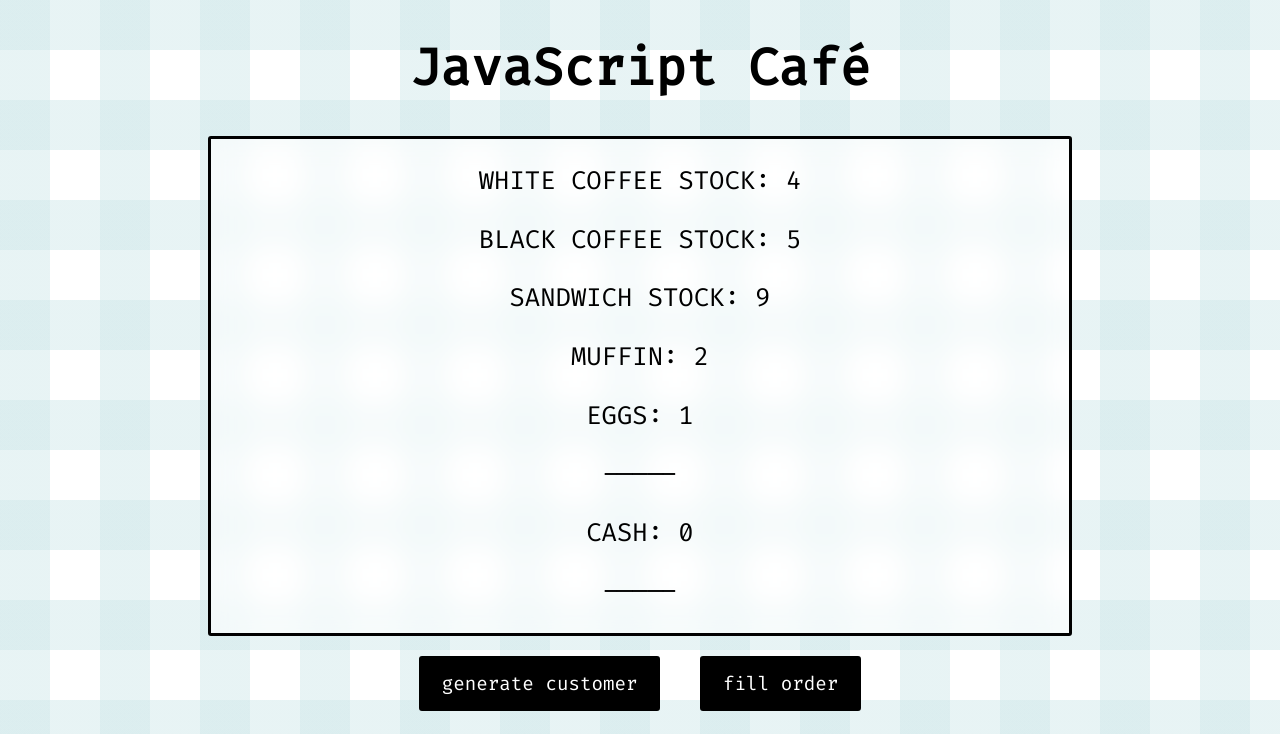
Repository: dev-academy-foundations-records/records-script
Page: Tiaanz/javascript-cafe/main/index.html
These files come from the project's save history. The page is drawn as it stood at one moment and after the next save; the edit follows.
The browser window is 1280 px wide. The pictures show the whole page.

Above is the page before, as saved 2023-01-24 14:41:07.

### Tiaanz/javascript-cafe/main/index.html
<!DOCTYPE html>
<html>
  <head>
    <meta charset="utf-8">
    <meta name="viewport" content="width=device-width">
    <title>JavaScript Cafe</title>
    <link rel="preconnect" href="https://fonts.googleapis.com">
    <link rel="preconnect" href="https://fonts.gstatic.com" crossorigin>
    <link href="https://fonts.googleapis.com/css2?family=Fira+Code&display=swap" rel="stylesheet">
    <link href="main.css" rel="stylesheet" type="text/css" />
    </head>
  <body>
    <h1>JavaScript Café</h1>
    <div class="container">
      <p id="whiteCoffee"></p>
      <p id="blackCoffee"></p>
      <p id="sandwich"></p>
      <p id="muffin"></p>
      <p id="eggs"></p>
      <p> ----- </p>
      <p id="cash"></p>
      <p> ----- </p>
      <p id="customerOrder"></p>
    </div>
    <button class="button" id="customerButton">generate customer</button>
    <button class="button" id="fillOrderButton">fill order</button>
    <script src="cafe.js"></script>
  </body>
</html>

### Tiaanz/javascript-cafe/main/main.css
/* // -- JAVASCRIPT CAFE CSS -- // */

body {
	background: white;
	background-image: linear-gradient(90deg, rgba(208,232,234,.5) 50%, transparent 0), linear-gradient(rgba(208,232,234,.5) 50%, transparent 0);
	background-size: 100px 100px;
	font-family: 'Fira Code', monospace;
	text-align: center;
}

p {
	font-size: 2vw;
	font-weight: 400;
}

h1 {
	font-size: 4vw;
	font-weight: 700;
}

.container {
	background-color: rgba(255, 255, 255, 0.65);
	border: 3px solid black;
	border-radius: 3px;
	width: 60%;
	height: auto;
	padding: 0px 50px;
	margin-right: auto;
	margin-left: auto;
	margin-bottom: 20px;
	backdrop-filter: blur(11.7px);
	-webkit-backdrop-filter: blur(11.7px);
}

.button {
	font-family: 'Fira Code', monospace;
	font-size: 1.5vw;
	font-weight: 500;
	display: inline-block;
	outline: 0;
	cursor: pointer;
	border: 3px solid black;
	border-radius: 3px;
	color: white;
	background: black;
	padding: 12px 20px;
	text-align: center;
	transition-duration: .15s;
	transition-property: all;
	transition-timing-function: cubic-bezier(.4,0,.2,1);
	margin: 0px 15px 15px 15px;
}

button:hover {
	color: black;
	background-color: rgba(255, 255, 255, 0.65);
	backdrop-filter: blur(11.7px);
	-webkit-backdrop-filter: blur(11.7px);
}

### Tiaanz/javascript-cafe/main/cafe.js
// -- JAVASCRIPT CAFE! -- //

/********************PRODUCT CONTROL *******************/

//Declaring variables for the product objects//

const products = {
  whiteCoffee: {
    stock: 4,
    price: 4,
  },

  blackCoffee: {
    stock: 5,
    price: 3,
  },

  sandwich: {
    stock: 9,
    price: 8,
  },

  muffin: {
    stock: 2,
    price: 3.5,
  },

  eggs: {
    stock: 1,
    price: 12.5,
  },
};

//declaring function for displaying products
function displayProducts() {
  document.getElementById(
    "whiteCoffee"
  ).innerHTML = `WHITE COFFEE STOCK: ${products.whiteCoffee.stock}`;
  document.getElementById(
    "blackCoffee"
  ).innerHTML = `BLACK COFFEE STOCK: ${products.blackCoffee.stock}`;
  document.getElementById(
    "sandwich"
  ).innerHTML = `SANDWICH STOCK: ${products.sandwich.stock}`;
  document.getElementById(
    "muffin"
  ).innerHTML = `MUFFIN: ${products.muffin.stock}`;
  document.getElementById("eggs").innerHTML = `EGGS: ${products.eggs.stock}`;
}

displayProducts();

/********************CUSTOMER CONTROL *******************/

//declaring variables for working with customers
const customer = {
  order: [],
};

const minOrderSize = 1;
const maxOrderSize = 5;

function generateCustomerOrder() {
  //get a random size for the order in a range ,1-5
  const orderSize = getRandomInt(minOrderSize, maxOrderSize);

  // make a new array of the things they are ordering
  const newOrder = [];
  const productNames = Object.keys(products);

  for (let i = 0; i < orderSize; i++) {
    const productIndex = getRandomInt(0, productNames.length - 1);
    const productName = productNames[productIndex];
    newOrder.push(productName);
  }
  //assign the new order to the customer object
  customer.order = newOrder;
}

generateCustomerOrder();

function displayCustomerOrder() {
  //dsiplay the customer order
  const customerOrder = document.getElementById("customerOrder");
  customerOrder.innerHTML = `CUSTOMER ORDER:${customer.order}`;
}

const generateCustomer = document.getElementById("customerButton");
generateCustomer.addEventListener("click", () => {
  generateCustomerOrder();
  displayCustomerOrder();
});

/*********** TRANSACTIONS **************/

let cash = 0;

function displayCash() {
  document.getElementById("cash").innerHTML = `CASH: ${cash}`;
}
displayCash();

function fillOrder() {
  //make a variable to keep track of our sale total
  let saleTotal = 0;
  //loop through the customer order array
 //If we have their product in stock, sell it to them and keep tracking of the sale
//If we don't have it, alert "we are out of this product"
  for (let i = 0; i < customer.order.length; i++) {
    const productName = customer.order[i];
    if (products[productName].stock > 0) {
      products[productName].stock--;
      saleTotal += products[productName].price;
    } else {
      alert(`We are out of ${productName}`);
    }
  }
  //add the sale total to our cash
    cash=saleTotal
  //clear the customer order
    customer.order=[]
  //display the new totals
    displayProducts()
    displayCash()
}

//----UTIL----//
function getRandomInt(min, max) {
  min = Math.ceil(min);
  max = Math.floor(max);
  return Math.floor(Math.random() * (max - min + 1)) + min;
}

After the next save:
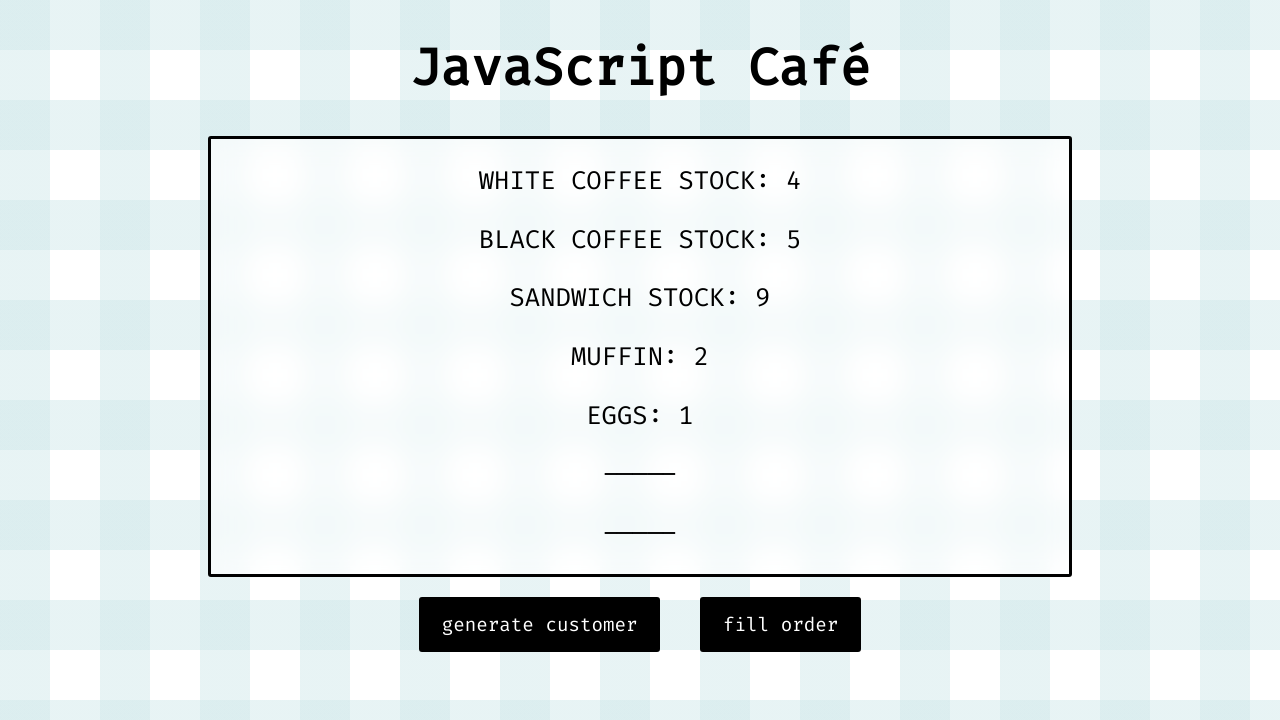
Saved 19 s later.
--- a/Tiaanz/javascript-cafe/main/cafe.js
+++ b/Tiaanz/javascript-cafe/main/cafe.js
@@ -98,7 +98,7 @@ let cash = 0;
 function displayCash() {
   document.getElementById("cash").innerHTML = `CASH: ${cash}`;
 }
-displayCash();
+
 
 function fillOrder() {
   //make a variable to keep track of our sale total
